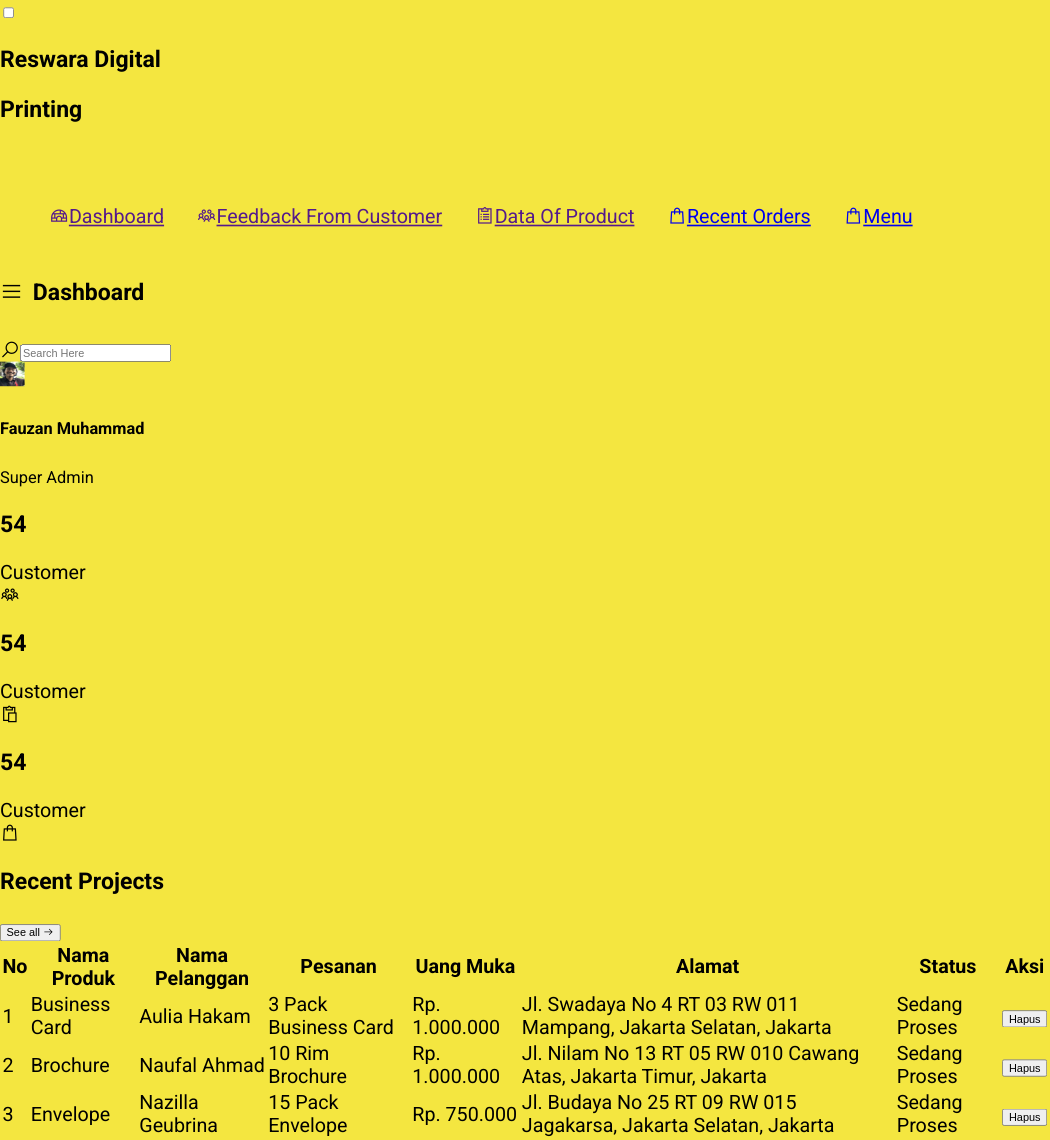
Repository: Fauzaanmhmd/Skripsi
Page: /admin/dashboard
These files come from the project's save history. The page is drawn as it stood at one moment and after the next save; the edit follows.
The browser window is 1280 px wide. The pictures show the whole page, at 82% of full size.
The project was rebuilt for these pictures with package versions that can differ from the ones it lists, and the page was loaded fresh each time. The framework's server and built-in components were replaced by stand-ins that run in the browser. Also part of the build but not shown: next.config.js.

Above is the page before, as saved 2021-07-01 15:06:11.

### pages/admin/dashboard.js
import Link from 'next/link'
import React, { useEffect } from "react"

export default function Dashboard({ Dashboard }) {
    useEffect(() => {
        document.querySelector("body").classList.add("light")
    })
    return (
        <div>
            <title>Admin</title>
            <link href="https://maxst.icons8.com/vue-static/landings/line-awesome/line-awesome/1.3.0/css/line-awesome.min.css" rel="stylesheet" type="text/css" />
            <link
                href="https://fonts.googleapis.com/css?family=Nunito:200,200i,300,300i,400,400i,600,600i,700,700i,800,800i,900,900i"
                rel="stylesheet" />


            <input type="checkbox" id="nav_toggle" />
            <div id="page-top">
                <div className="sidebar">
                    <div className="sidebar_brand">
                        <h3><span className="lab la-accusof"></span>Reswara Digital </h3>
                        <h3><span className="lab la-accusof"></span>Printing</h3>
                    </div>
                    <br></br>

                    <div className="sidebar_menu">
                        <ul>
                            <li>
                                <a href="" className="active"><span className="las la-igloo"></span>
                                    <span>Dashboard</span></a>
                            </li>
                            <li>
                                <Link href={`./datafeedback`}>
                                    <a href=""><span className="las la-users"></span>
                                        <span>Feedback From Customer</span></a>
                                </Link>
                            </li>
                            <li>
                                <Link href={`./dataproduct`}>
                                    <a href=""><span className="las la-clipboard-list"></span>
                                        <span>Data Of Product</span> </a>
                                </Link>
                            </li>
                            <li>
                                <Link href={`./recentorder`}>
                                    <a><span className="las la-shopping-bag"></span>
                                        <span>Recent Orders</span></a>
                                </Link>
                            </li>
                            <li>
                                <Link href={`../index`}>
                                    <a><span className="las la-shopping-bag"></span>
                                        <span>Menu</span></a>
                                </Link>
                            </li>
                        </ul>
                    </div>
                </div>
                <div className="main_content">
                    {/* aslinya header */}
                    <div className="main_content_nav">
                        <h3>
                            <label for="nav_toggle">
                                <span className="las la-bars"></span>
                            </label>
                            Dashboard
                        </h3>
                        <div className="search_wrapper">
                            <span className="las la-search"></span>
                            <input type="search" placeholder="Search Here"></input>
                        </div>

                        <div className="user_wrapper">
                            <img src="../img/ojan.jpeg" width="30px" height="30px"></img>
                            <div>
                                <h5>Fauzan Muhammad</h5>
                                <small>Super Admin</small>
                            </div>
                        </div>
                    </div>
                    <main>
                        <div className="cards">
                            <div className="card_single">
                                <div>
                                    <h3>54</h3>
                                    <span>Customer</span>
                                </div>
                                <div>
                                    <span className="las la-users"></span>
                                </div>
                            </div>
                            <div className="card_single">
                                <div>
                                    <h3>54</h3>
                                    <span>Customer</span>
                                </div>
                                <div>
                                    <span className="las la-clipboard"></span>
                                </div>
                            </div>
                            <div className="card_single">
                                <div>
                                    <h3>54</h3>
                                    <span>Customer</span>
                                </div>
                                <div>
                                    <span className="las la-shopping-bag"></span>
                                </div>
                            </div>
                        </div>
                        <div className="recent_grid">
                            <div className="projects">
                                <div className="card">
                                    <div className="card_header">
                                        <h3>Recent Projects</h3>
                                        <Link href={`./recentorder`}>
                                            <button className="card_recent">See all <span className="las la-arrow-right"></span></button>
                                        </Link>
                                    </div>
                                    <div className="card_body">
                                        <div className="table_responsive">
                                            <table width="100%">
                                                <thead>
                                                    <tr>
                                                        <th>No</th>
                                                        <th>Nama Produk</th>
                                                        <th>Nama Pelanggan</th>
                                                        <th>Pesanan</th>
                                                        <th>Uang Muka</th>
                                                        <th>Alamat</th>
                                                        <th>Status</th>
                                                        <th>Aksi</th>
                                                    </tr>
                                                </thead>
                                                <tbody>
                                                    <tr>
                                                        <td>1</td>
                                                        <td>Business Card</td>
                                                        <td> Aulia Hakam</td>
                                                        <td> 3 Pack Business Card</td>
                                                        <td>Rp. 1.000.000</td>
                                                        <td>Jl. Swadaya No 4 RT 03 RW 011 Mampang, Jakarta Selatan, Jakarta</td>
                                                        <td>Sedang Proses</td>
                                                        <td>
                                                            <button>Hapus</button>
                                                        </td>
                                                    </tr>
                                                    <tr>
                                                        <td>2</td>
                                                        <td> Brochure</td>
                                                        <td>Naufal Ahmad</td>
                                                        <td> 10 Rim Brochure</td>
                                                        <td>Rp. 1.000.000</td>
                                                        <td>Jl. Nilam No 13 RT 05 RW 010 Cawang Atas, Jakarta Timur, Jakarta</td>
                                                        <td>Sedang Proses</td>
                                                        <td>
                                                            <button>Hapus</button>
                                                        </td>
                                                    </tr>
                                                    <tr>
                                                        <td>3</td>
                                                        <td>Envelope</td>
                                                        <td>Nazilla Geubrina</td>
                                                        <td>15 Pack Envelope </td>
                                                        <td>Rp. 750.000</td>
                                                        <td>Jl. Budaya No 25 RT 09 RW 015 Jagakarsa, Jakarta Selatan, Jakarta</td>
                                                        <td>Sedang Proses</td>

                                                        <td>
                                                            <button>Hapus</button>
                                                        </td>
                                                    </tr>
                                                </tbody>
                                            </table>
                                        </div>
                                    </div>
                                </div>
                            </div>
                        </div>
                    </main>
                </div>
            </div>
        </div >
    )
}

Loaded but not shown: pages/_app.js (common file); styles/globals.css (951 lines, source omitted)

After the next save:
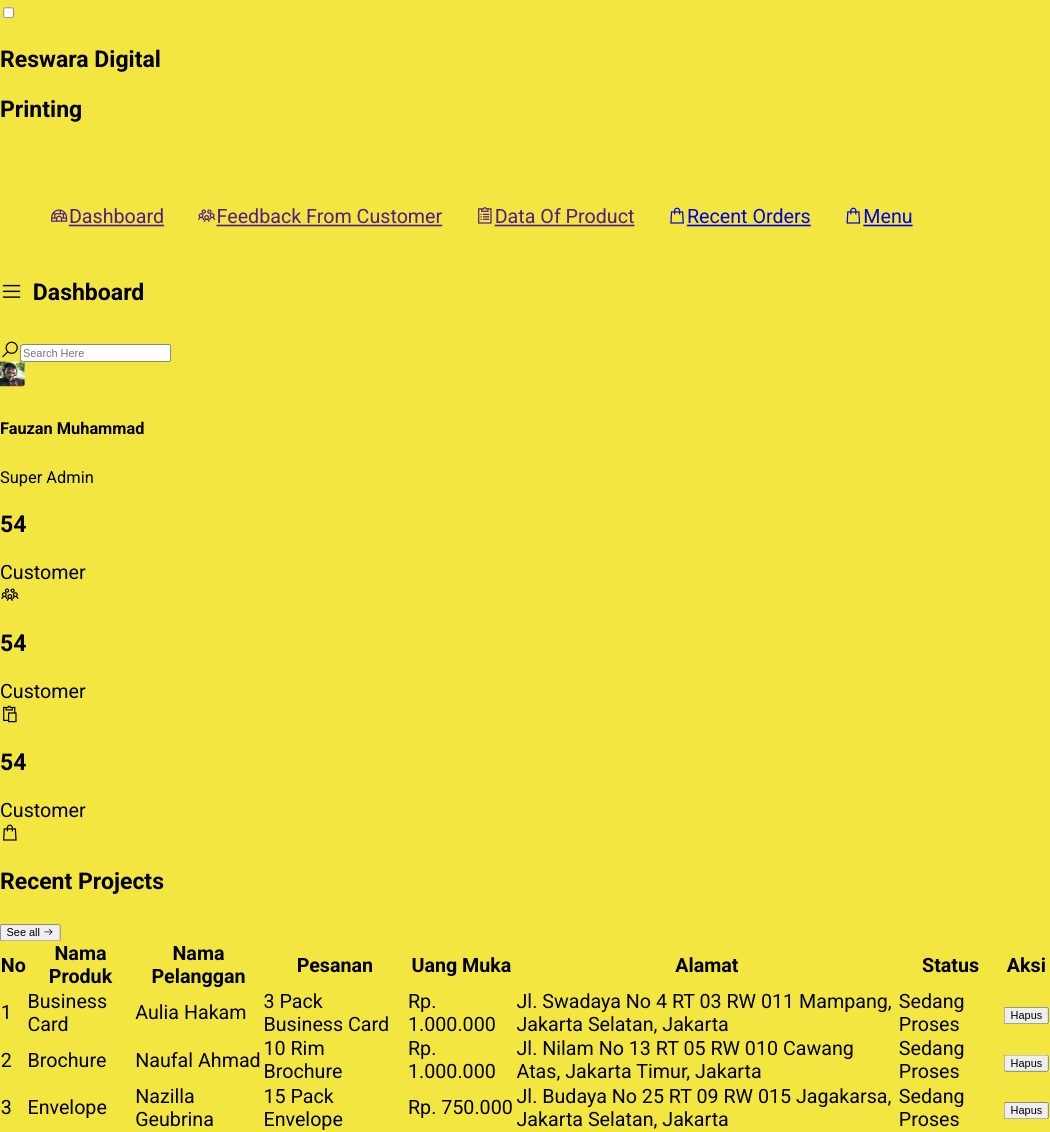
Saved 28 s later.
--- a/pages/admin/dashboard.js
+++ b/pages/admin/dashboard.js
@@ -119,7 +119,7 @@
                                     </div>
                                     <div className="card_body">
                                         <div className="table_responsive">
-                                            <table width="100%">
+                                            <table class="table table-bordered" id="dataTable" cellspacing="0" width="100%">
                                                 <thead>
                                                     <tr>
                                                         <th>No</th>
